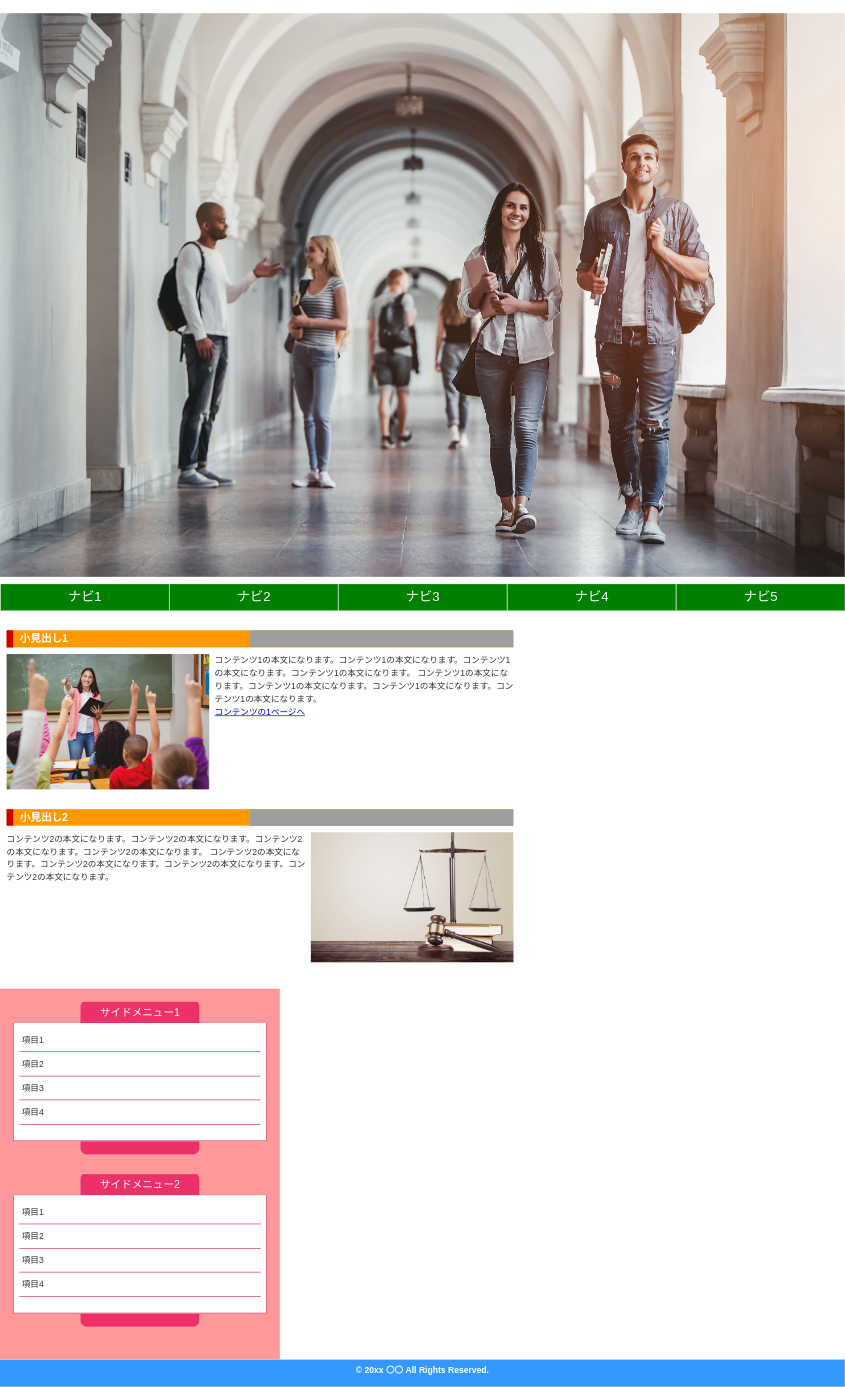
Repository: revolver67/samurai_HTML-CSS
Page: home.html
The author's editor kept a record of every edit. The page is drawn from the files as they stood at one moment, then again after the next edit.
The browser window is 1280 px wide. The pictures show the whole page, at 66% of full size.
Pictures or frames that could not be fetched are drawn as grey boxes.

Above is the page before.

### home.html
<!DOCTYPE html>
<html lang=ja>
　<head>
    <meta charset="UTF-8">
    <title>HTML/CSSの学習</title>
    <link rel="stylesheet" href="stylesheet.css">
  </head>
<body>
    <div id="header">
        <h1><a href="index.html"><img id="corridor" src="images/corridor.jpg" alt="大学の廊下"></a></h1>
    </div>
    <div id="wrapper">
        <div id="nav">
            <ul>
                <li><a href="home.html">ナビ1</a></li>
                <li><a href="#">ナビ2</a></li>
                <li><a href="#">ナビ3</a></li>
                <li><a href="#">ナビ4</a></li>
                <li><a href="#">ナビ5</a></li>
            </ul>
        </div>
        <div id="container">
            <div id="main">
                <div class="post clearfix">
                    <h2>小見出し1</h2>
                    <img class="left" src="images/classroom.jpg" alt="授業風景" />
                    コンテンツ1の本文になります。コンテンツ1の本文になります。コンテンツ1の本文になります。コンテンツ1の本文になります。
                    コンテンツ1の本文になります。コンテンツ1の本文になります。コンテンツ1の本文になります。コンテンツ1の本文になります。
                    </p>
                    <p><a href="#">コンテンツの1ページへ</a></p>
                </div>
                <div class="post clearfix">
                    <h2>小見出し2</h2>
                    <img class="right" src="images/scale.jpg" alt="天秤" />
                    <p>
                    コンテンツ2の本文になります。コンテンツ2の本文になります。コンテンツ2の本文になります。コンテンツ2の本文になります。
                    コンテンツ2の本文になります。コンテンツ2の本文になります。コンテンツ2の本文になります。コンテンツ2の本文になります。
                    </p>
                </div>
            </div>
            <div id="side">
                <div class="box">
                    <h2>サイドメニュー1</h2>
                    <div class="boxBody">
                        <ul>
                            <li>項目1</li>
                            <li>項目2</li>
                            <li>項目3</li>
                            <li>項目4</li>
                        </ul>
                    </div>
                    </div>
                <div class="box">
                    <h2>サイドメニュー2</h2>
                    <div class="boxBody">
                        <ul>
                            <li>項目1</li>
                            <li>項目2</li>
                            <li>項目3</li>
                            <li>項目4</li>
                        </ul>
                    </div>
                </div>
            </div>
        </div>
    </div>
    <div id="footer">
        <P>&copy; 20xx 〇〇 All Rights Reserved.</P>
    </div>
</body>
</html>

### stylesheet.css
@charset "utf-8";

body {
	margin: 0;
	padding: 0;
	font-family: "ヒラギノ角ゴ Pro W3", "Hiragino Kaku Gothic Pro", "メイリオ", Meiryo, Osaka, "ＭＳ Ｐゴシック", "MS PGothic", sans-serif;
	color: #333;
	font-size: 13px;
	line-height: 150%;
}

/* -------------------- wrapper -------------------- */
#wrapper {
	width: 100%;
	margin: auto;
	padding: 0px;
	border: 0px;
	background-color: #FFF;
	position: relative;
	top: 10px;
}
/*-------------------- header -------------------------*/

#header {
    width: 100%;
}
#header h1 {
    margin: 0;
    padding: 0;
}
#corridor {
    width: 100%;
    height: auto;
}

/*-------------------- footer -------------------------*/

#footer {
    clear: both;
    width: 100%;;
    padding: 3px 0 3px 0;
    background: #39F;
    color: #FFF;
    font-weight: bold;
    text-align: center;
}

/*-------------------- nav -------------------------*/
#nav {
   width: 100%;
}
#nav ul {
    display: flex;
    margin: 0;
    padding: 0;
    list-style-type: none;
}
#nav ul li {
    /*float: left;*/
    width: 20%;
    text-align: center;
}
#nav ul li a {
    display: block;
    height: 20px;
    margin: 0;
    padding: 10px;
    color: #FFF;
    font-size: 20px;
    text-decoration: none;
    background-color: green;
    border-left: 1px solid white;

}
#nav ul li a:hover {
    filter: drop-shadow(10px 10px 10px black);
}
/*-------------------- container -------------------------*/
#container {
    width: 100%;
    margin: auto;
    padding: auto;
    padding-top: 20px;
    clear: both;
    display: grid;
    grid-template-
}
/*-------------------- main -------------------------*/
#main {
    float: left;
    width: 60%;
    padding: 10px 30px 10px 10px;
}
#main h2 {
    margin: 0 0 10px 0;
    padding: 3px 10px 3px 10px;
    color: #FFF;
    font-size: 16px;
    border-left: solid 10px #C00;
    background: #F90 url(../images/main_h2.jpg) right top repeat-y;
}
#main p {
    margin: 0;
    padding: 0;
}
#main .post {
    margin: 0 0 30px 0;
}
#main .post img.right {
    margin: 0 0 0 8px;
}
#main .post img.left {
    margin: 0 8px 0 0;
}
.right {
    float: right;
    width: 40%;
    height: auto;
}
.left {
    float: left;
    width: 40%;
    height: auto;
}
/*-------------------- clearfix -------------------------*/
.clearfix {
    zoom: 1;
}
.clearfix:after {
    content: "";
    display: block;
    clear: both;
}

/*-------------------- side -------------------------*/
#side {
    float: right;
    width: 30%;
    padding: 20px;
    background-color: #F99;
}
#side .box {
    margin: 0 auto 30px auto;
    padding: 0 0 20px 0;
    background: url(images/side_box.png) bottom no-repeat;
}
#side .box h2 {
    margin: 0;
    padding: 8px;
    text-align: center;
    color: #fff;
    font-size: 16px;
    line-height: 16px;
    font-weight: normal;
    background: url(images/side_box_h2.png) center no-repeat;
}
#side .box .boxBody {
    padding: 8px;
    border-right: solid 1px #C36;
    border-bottom: solid 1px #C36;
    border-left: solid 1px #C36;
    background: #fff;
}
#side .box .boxBody ul {
    margin: 0 0 16px 0;
    padding: 0;
}

#side .box .boxBody ul li {
    padding: 8px 0 8px 4px;
    list-style: none;
    border-bottom: solid 1px #C36;
}
#side .box .boxBody ul li:hover {
    padding: 8px 0 8px 4px;
    list-style: none;
    border-bottom: solid 1px #C36;
    box-shadow: 0px 4px 4px rgba(0, 0, 0,0.3);
}

After the next edit:
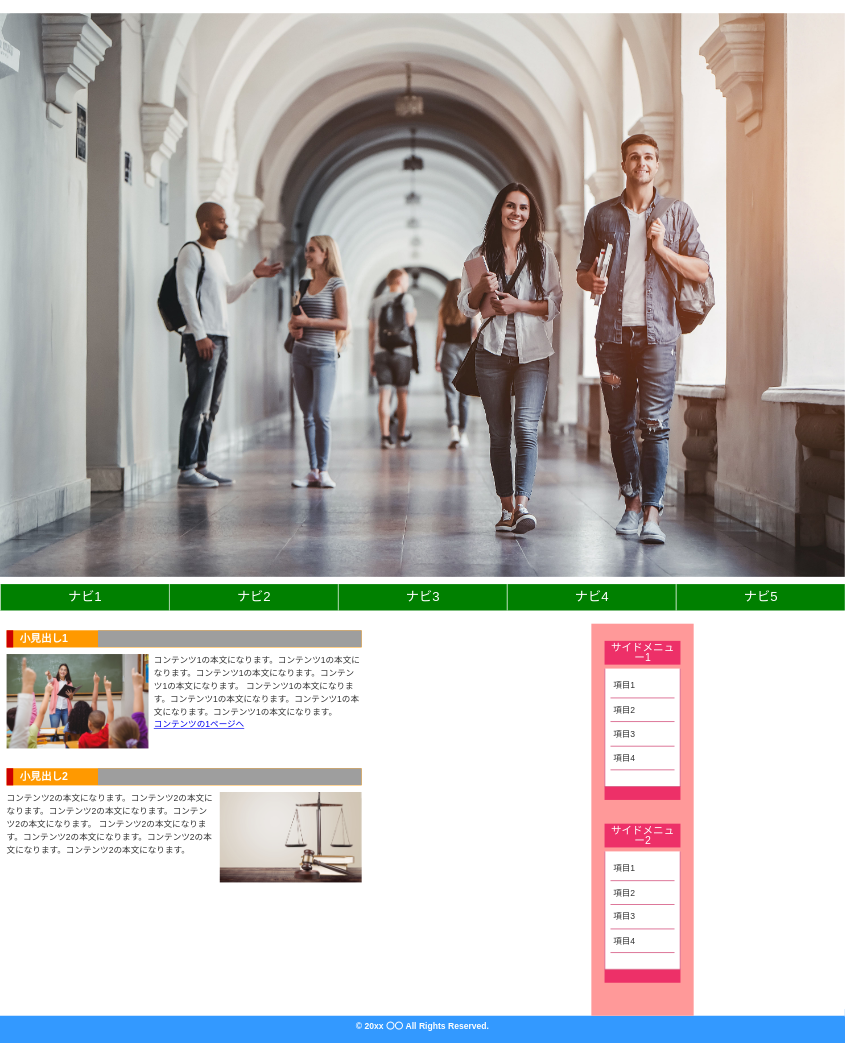
The edit:
--- a/stylesheet.css
+++ b/stylesheet.css
@@ -83,7 +83,7 @@
     padding-top: 20px;
     clear: both;
     display: grid;
-    grid-template-
+    grid-template-columns: 70vw 30vw;
 }
 /*-------------------- main -------------------------*/
 #main {
